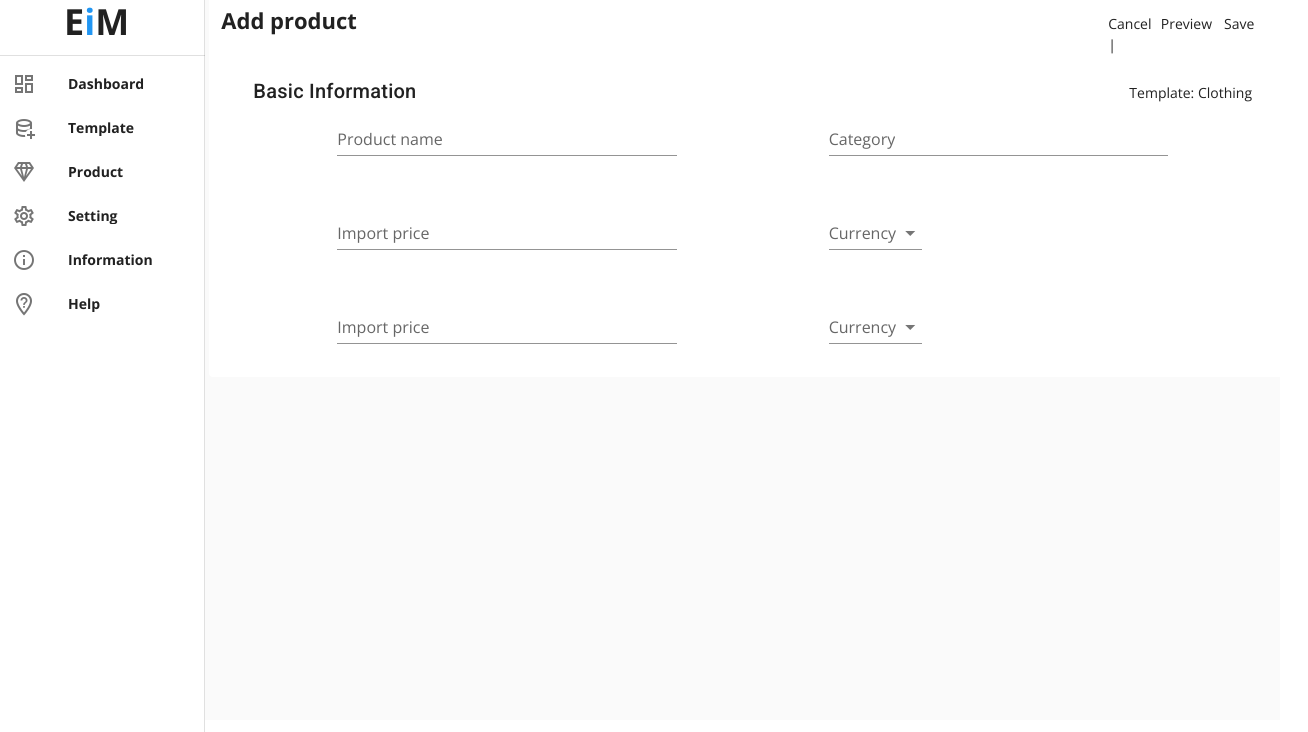
Repository: nguyenphuong152/pim-template
Page: /addproduct
These files come from the project's save history. The page is drawn as it stood at one moment and after the next save; the edit follows.
The browser window is 1280 px wide. The page is 1308 px wide, so the pictures cover 1308 px, including what lies to the right of the window. The pictures show the whole page.
The project was rebuilt for these pictures with package versions that can differ from the ones it lists, and the page was loaded fresh each time. Also part of the build but not shown: vue.config.js, src/views/Home.vue, src/components/Outcome_1/SearchTemplate.vue, src/components/Outcome_1/YourTemplate.vue, src/components/Outcome_1/ListComponent.vue, src/components/Outcome_1/AddInfo.vue, src/components/Outcome_1/AddDetail.vue, src/components/Outcome_1/CreateRegion.vue and 5 more.

Above is the page before, as saved 2020-12-21 11:25:52.

### public/index.html
<!DOCTYPE html>
<html lang="en">
  <head>
    <meta charset="utf-8" />
    <meta http-equiv="X-UA-Compatible" content="IE=edge" />
    <meta name="viewport" content="width=device-width,initial-scale=1.0" />
    <link rel="icon" href="<%= BASE_URL %>favicon.ico" />
    <link rel="preconnect" href="https://fonts.gstatic.com" />
    <link rel="preconnect" href="https://fonts.gstatic.com" />
    <link rel="preconnect" href="https://fonts.gstatic.com" />
    <link
      href="https://fonts.googleapis.com/css2?family=Open+Sans:wght@300;400;600;700;800&display=swap"
      rel="stylesheet"
    />
    <link
      href="https://fonts.googleapis.com/css?family=Montserrat:300,400,500,600,700"
      rel="stylesheet"
    />
    <title><%= htmlWebpackPlugin.options.title %></title>
    <link
      rel="stylesheet"
      href="https://fonts.googleapis.com/css?family=Roboto:100,300,400,500,700,900"
    />
    <link
      rel="stylesheet"
      href="https://cdn.jsdelivr.net/npm/@mdi/font@latest/css/materialdesignicons.min.css"
    />
  </head>
  <body>
    <noscript>
      <strong
        >We're sorry but <%= htmlWebpackPlugin.options.title %> doesn't work
        properly without JavaScript enabled. Please enable it to
        continue.</strong
      >
    </noscript>
    <div id="app"></div>
    <!-- built files will be auto injected -->
  </body>
</html>

### src/main.js
import Vue from 'vue'
import App from './App.vue'
import router from './router'
import '../sass/style.scss'
import vuetify from './plugins/vuetify';

Vue.config.productionTip = false

new Vue({
  router,
  vuetify,
  render: h => h(App)
}).$mount('#app')

### src/App.vue
<template>
  <v-app v-bind:style="{ background: activeColor }">
    <v-row>
      <v-col cols="2" class="pa-0">
        <v-navigation-drawer permanent width="220">
          <v-list-item>
            <v-list-item-content>
              <v-list-item-title class="logo">
                E<span class="blue--text">i</span>M
              </v-list-item-title>
            </v-list-item-content>
          </v-list-item>

          <v-divider></v-divider>

          <v-list dense nav class="text-start pl-4">
            <v-list-item
              v-for="item in items"
              :key="item.title"
              :to="item.path"
              color="blue"
            >
              <v-list-item-icon>
                <v-icon>{{ item.icon }}</v-icon>
              </v-list-item-icon>
              <v-list-item-content>
                <v-list-item-title class="template-title font-weight-bold ">{{
                  item.title
                }}</v-list-item-title>
              </v-list-item-content>
            </v-list-item>
          </v-list>
        </v-navigation-drawer>
      </v-col>
      <v-col class="pa-0">
        <router-view />
      </v-col>
    </v-row>
  </v-app>
</template>

<script>
export default {
  name: "App",
  components: {},
  watch: {
    $route(to) {
      document.title = `${to.meta.title}`;
    },
  },
  data() {
    return {
      clicked: false,
      activeColor: "#FAFAFA",
      items: [
        { title: "Dashboard", icon: "mdi-view-dashboard-outline", path: "" },
        {
          title: "Template",
          icon: "mdi-database-plus-outline",
          path: "/template",
        },
        { title: "Product", icon: "mdi-diamond-stone", path: "/product" },
        { title: "Setting", icon: "mdi-cog-outline", path: "" },
        { title: "Information", icon: "mdi-information-outline", path: "" },
        { title: "Help", icon: "mdi-map-marker-question-outline", path: "" },
      ],
      right: null,
    };
  },
};
</script>

### src/router/index.js
import Vue from "vue";
import VueRouter from "vue-router";
import Home from "../views/Home.vue";
import Template from "../views/Outcome_1/CreateProductTemplate.vue";
import Product from "../views/Outcome_2/Outcome_2_screen.vue";
import AddProduct from "../views/Outcome_2/AddProduct.vue";

Vue.use(VueRouter);

const routes = [
  {
    path: "/",
    name: "Home",
    component: Home,
  },
  {
    path: "/template",
    name: "Template",
    component: Template,
    meta: {
      title: "Add Template",
    },
  },
  {
    path: "/product",
    name: "Product",
    component: Product,
    meta: {
      title: "Product",
    },
  },
  {
    path: "/addproduct",
    name: "AddProduct",
    component: AddProduct,
    meta: {
      title: "Add Product",
    },
  },
  {
    path: "/about",
    name: "About",
    // route level code-splitting
    // this generates a separate chunk (about.[hash].js) for this route
    // which is lazy-loaded when the route is visited.
    component: () =>
      import(/* webpackChunkName: "about" */ "../views/About.vue"),
  },
];

const router = new VueRouter({
  mode: "history",
  base: process.env.BASE_URL,
  routes,
});

export default router;

### sass/style.scss
$font-primary: 'Open Sans',
sans-serif;

@import "~vuetify/src/styles/styles.sass";

$fontsize-content: 14px;
$fontsize-title: 24px;
$fontsize-logo:36px;
$fontsize-header:22px;
$fontsize-nav:20px;


#app {
  font-family: $font-primary;
   font-size:$fontsize-content;
  -webkit-font-smoothing: antialiased;
  -moz-osx-font-smoothing: grayscale;
  text-align: center;
  color: #2c3e50;
}

#nav {
  padding: 30px;
}

#nav a {
  font-weight: bold;
  color: #2c3e50;
}

#nav a.router-link-exact-active {
  color: #42b983;
}

.title {
  font: $font-primary !important;
  font-size: $fontsize-nav !important;
}

.logo {
  @extend .title;
  font-weight: 700 !important;
  font-size: $fontsize-logo !important;
}

.text-header {
  font: $font-primary !important;
  font-size: $fontsize-header !important;
  font-weight: 700;
}


.template-title {
  @extend .title;
  font-size: $fontsize-content !important;
}

### src/views/Outcome_2/AddProduct.vue
<template>
  <v-container class="pa-0">
    <v-card class="ma-1" flat>
      <v-container class="text-start">
        <v-row class="align-baseline">
          <v-col cols="10">
            <span class="text-header">Add product</span>
          </v-col>
          <v-col>
            <v-row>
              <v-col class="px-0">
                <span>Cancel |</span>
              </v-col>
              <v-col class="px-0 text-end">
                <span>Preview</span>
              </v-col>
              <v-col>
                <span>Save</span>
              </v-col>
            </v-row>
          </v-col>
        </v-row>
      </v-container>
    </v-card>
    <BasicInfo />
  </v-container>
</template>

<script>
import BasicInfo from "../../components/Outcome_2/BasicInfo";
export default {
  components: {
    BasicInfo,
  },
};
</script>

### src/components/Outcome_2/BasicInfo.vue
<template>
  <v-container class="text-start ma-1 pa-0">
    <v-card flat>
      <v-row class="d-flex align-baseline px-14 pt-4">
        <span class="title pr-1">Basic Information</span>
        <v-spacer></v-spacer>
        <span>Template: Clothing</span>
      </v-row>
      <v-container class="px-16 py-0">
        <v-row class="d-flex align-baseline pa-0">
          <v-col>
            <v-container class="py-0 px-16">
              <v-text-field
                color="blue darken-2"
                label="Product name"
                hint="Miniskirt-02"
                required
              ></v-text-field>
            </v-container>
          </v-col>
          <v-col>
            <v-container class="py-0 px-16">
              <v-text-field
                color="blue darken-2"
                label="Category"
                hint="Ex: Miniskirt"
                required
              ></v-text-field>
            </v-container>
          </v-col>
        </v-row>
        <v-row class="d-flex align-baseline">
          <v-col cols="6">
            <v-container class="py-0 px-16">
              <v-text-field
                color="blue darken-2"
                label="Import price"
                hint="180,000"
                required
              ></v-text-field>
            </v-container>
          </v-col>
          <v-col cols="3">
            <v-container class="py-0 px-16">
              <v-select :items="items" label="Currency"></v-select>
            </v-container>
          </v-col>
          <v-col> </v-col>
        </v-row>
        <v-row class="d-flex align-baseline">
          <v-col cols="6">
            <v-container class="py-0 px-16">
              <v-text-field
                color="blue darken-2"
                label="Import price"
                hint="180,000"
                required
              ></v-text-field>
            </v-container>
          </v-col>
          <v-col cols="3">
            <v-container class="py-0 px-16">
              <v-select :items="items" label="Currency"></v-select>
            </v-container>
          </v-col>
          <v-col></v-col>
        </v-row>
      </v-container>
    </v-card>
  </v-container>
</template>

<script>
export default {
  data: () => ({
    items: ["VND", "USD", "EUR"],
  }),
};
</script>

<style></style>

Loaded but not shown: src/plugins/vuetify.js (common file)

After the next save:
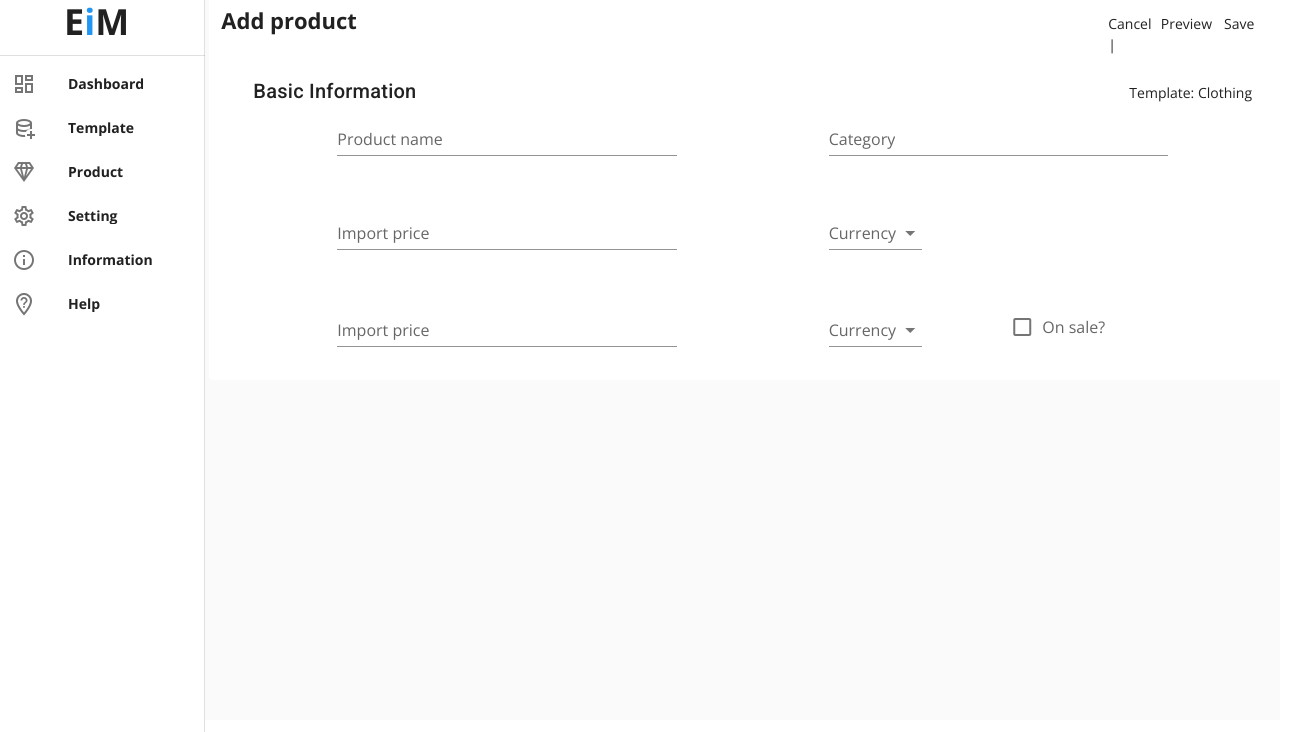
Saved 78 s later.
--- a/src/components/Outcome_2/BasicInfo.vue
+++ b/src/components/Outcome_2/BasicInfo.vue
@@ -63,7 +63,9 @@
               <v-select :items="items" label="Currency"></v-select>
             </v-container>
           </v-col>
-          <v-col></v-col>
+          <v-col
+            ><v-checkbox label="On sale?" color="red" hide-details></v-checkbox>
+          </v-col>
         </v-row>
       </v-container>
     </v-card>
